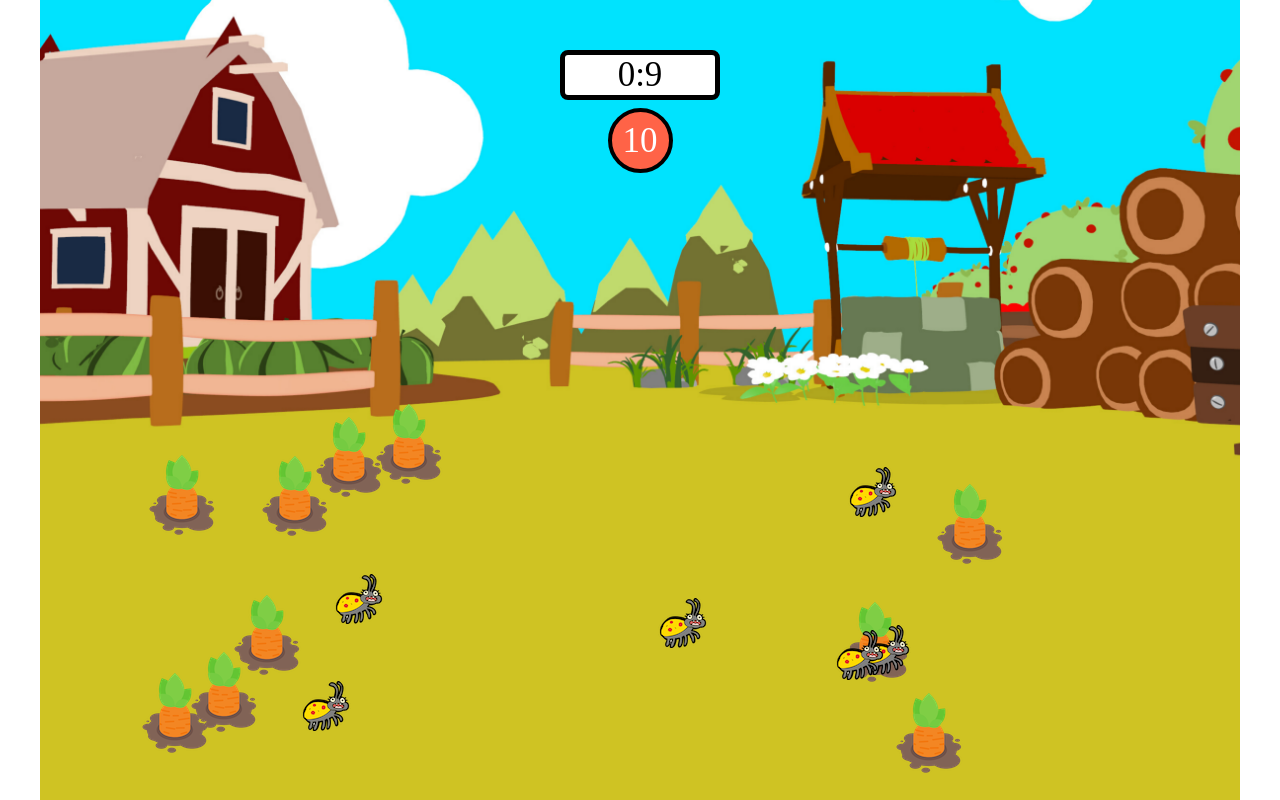
Repository: keehoonjung/Bug-Game
Page: index.html
An editor plug-in stored every save of this project. The page is shown before and after the next save, followed by the edit.
The browser window is 1280 px wide. The pictures show the whole page.
After loading, the first visible `button.play__btn` was clicked once.
Some web libraries are served in a nearby version.

Above is the page before, as saved 2021-08-10 19:12:05.
Console error: TypeError: Cannot read properties of null (reading 'addEventListener')

After the next save:
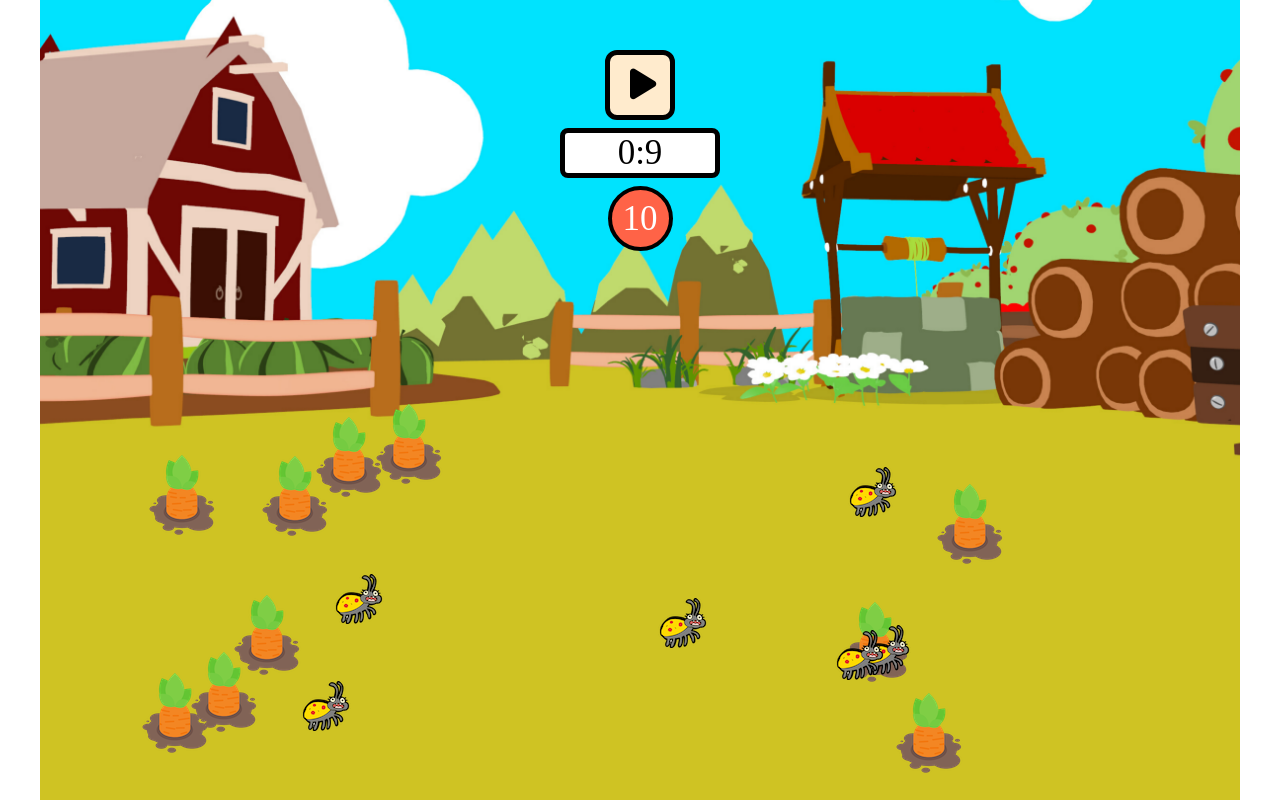
Saved 97 s later.
--- a/main.js
+++ b/main.js
@@ -23,12 +23,15 @@ const setTime = 10;
 let num;
 let timenum;
 let timeInterver;
-let started = true;
+let started = false;
 
 playBtn.addEventListener("click", () => {
-  gameStart();
-  playBtn.classList.remove("visible");
-  stopBtn.classList.add("visible");
+  if (started) {
+    visiblePopup("retry");
+  } else {
+    gameStart();
+  }
+  started = !started;
 });
 function gameStart() {
   num = carroutCount + 1;
